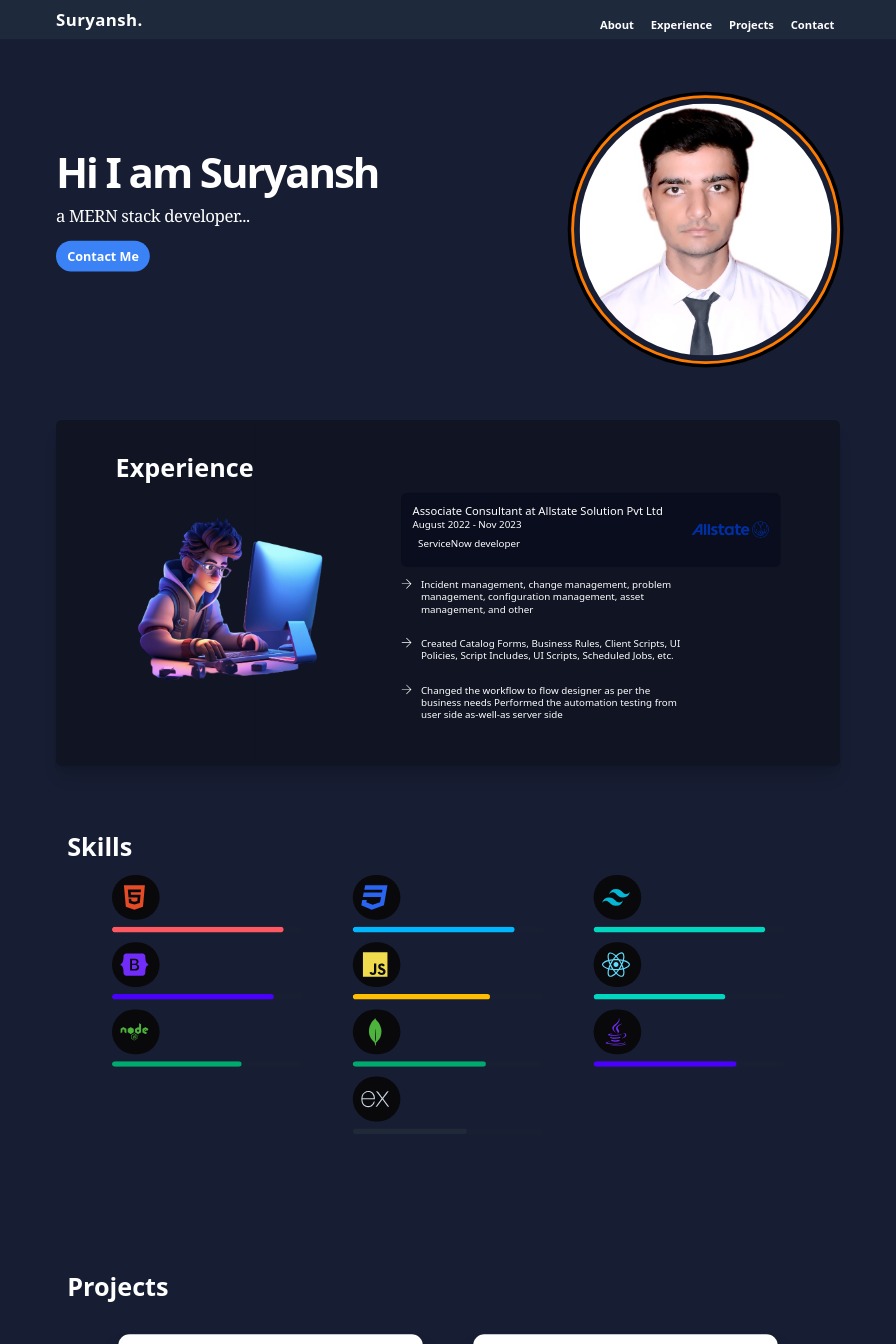
Repository: suryanshsingh99181/portfolio
Page: /
The author's editor kept a copy of each file at every save. The page is drawn from the files as they stood at one save, then again after the next save.
The browser window is 1280 px wide. The pictures show the part of the page from y = 0 to 1920 px (the page is 4138 px tall), at 70% of full size.
The project was rebuilt for these pictures with package versions that can differ from the ones it lists, and the page was loaded fresh each time. Also part of the build but not shown: vite.config.js.

Above is the page before, as saved 2024-08-22 23:04:48.

After the next save:
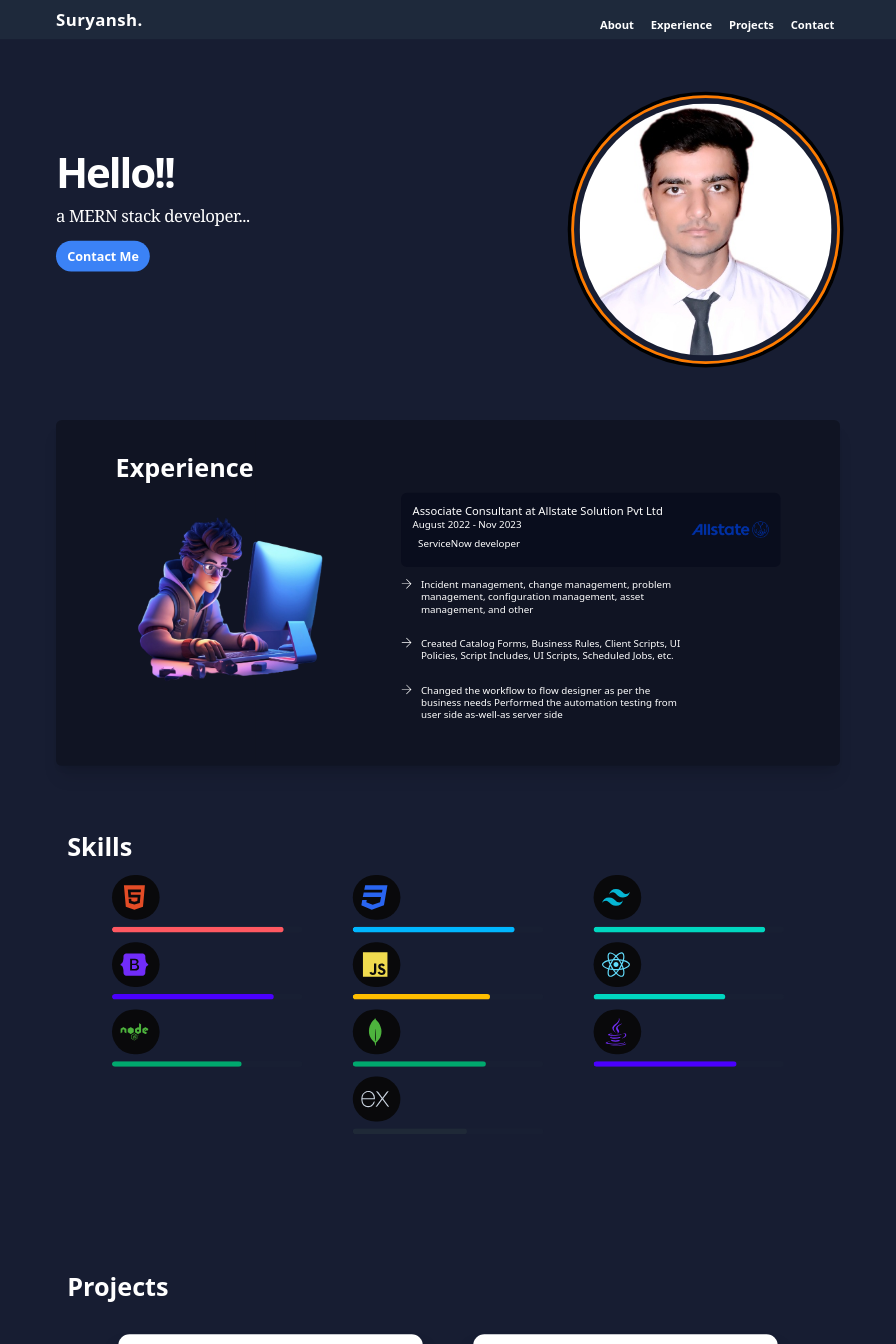
Saved 78 s later.
--- a/src/TextChanger.jsx
+++ b/src/TextChanger.jsx
@@ -1,7 +1,7 @@
 import { useState, useEffect } from "react";
 
 const TextChanger = () => {
-  const texts = ["Hi I am Suryansh", "Hi I am Suryansh", "Hi I am Suryansh"];
+  const texts = ["Hello!!", "Hello, I am Suryansh!!", "Hello, I am Suryansh!!"];
   const [currentText, setCurrentText] = useState("");
   const [endValue, setEndValue] = useState(true);
   const [isForward, setIsForward] = useState(true);
